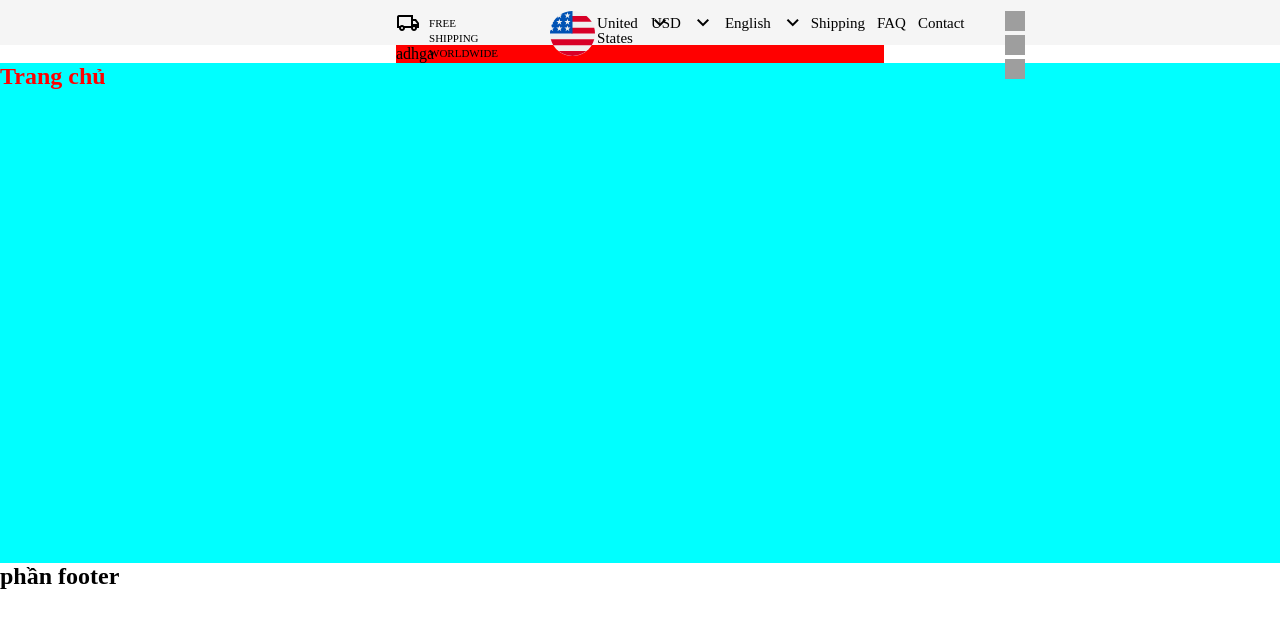
Repository: tatvanhco/shopper
Page: /
These files come from the project's save history. The page is drawn as it stood at one moment and after the next save; the edit follows.
The browser window is 1280 px wide. The pictures show the whole page.
Pictures or frames that could not be fetched are drawn as grey boxes. The project was rebuilt for these pictures with package versions that can differ from the ones it lists, and the page was loaded fresh each time.

Above is the page before, as saved 2022-09-24 13:33:37.

After the next save:
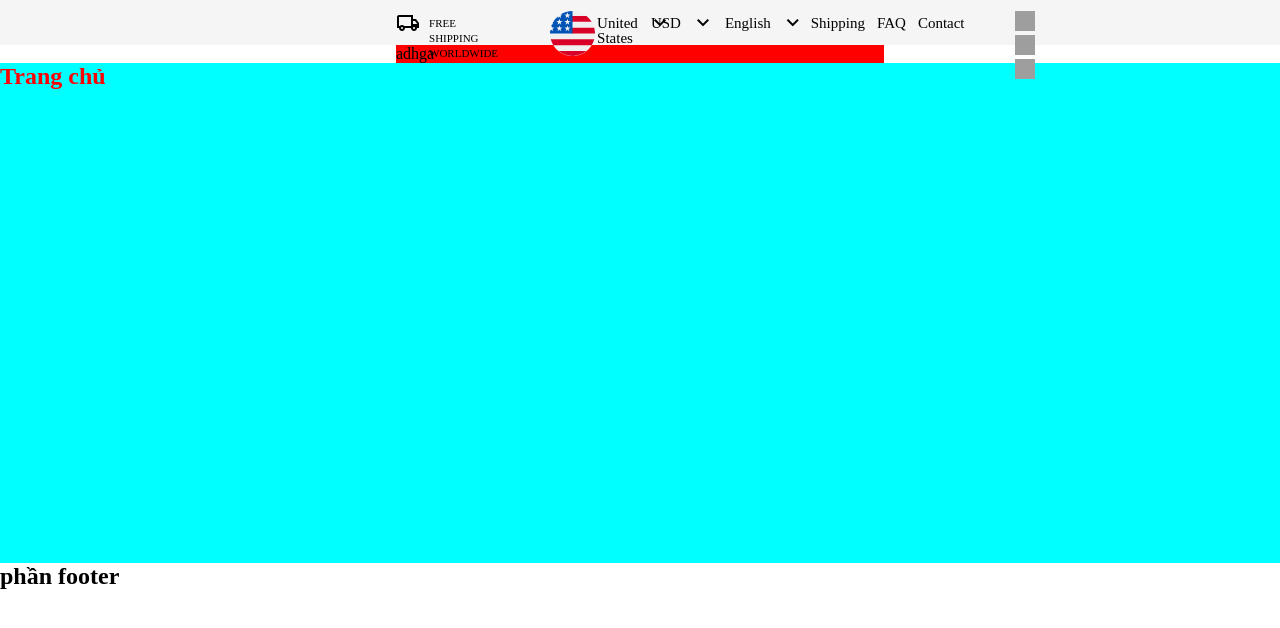
Saved 15 s later.
--- a/src/components/header/header.module.scss
+++ b/src/components/header/header.module.scss
@@ -27,5 +27,5 @@
 }
 
 .headerContactR {
-    padding-right: 30px;
+    padding-right: 40px;
 }
